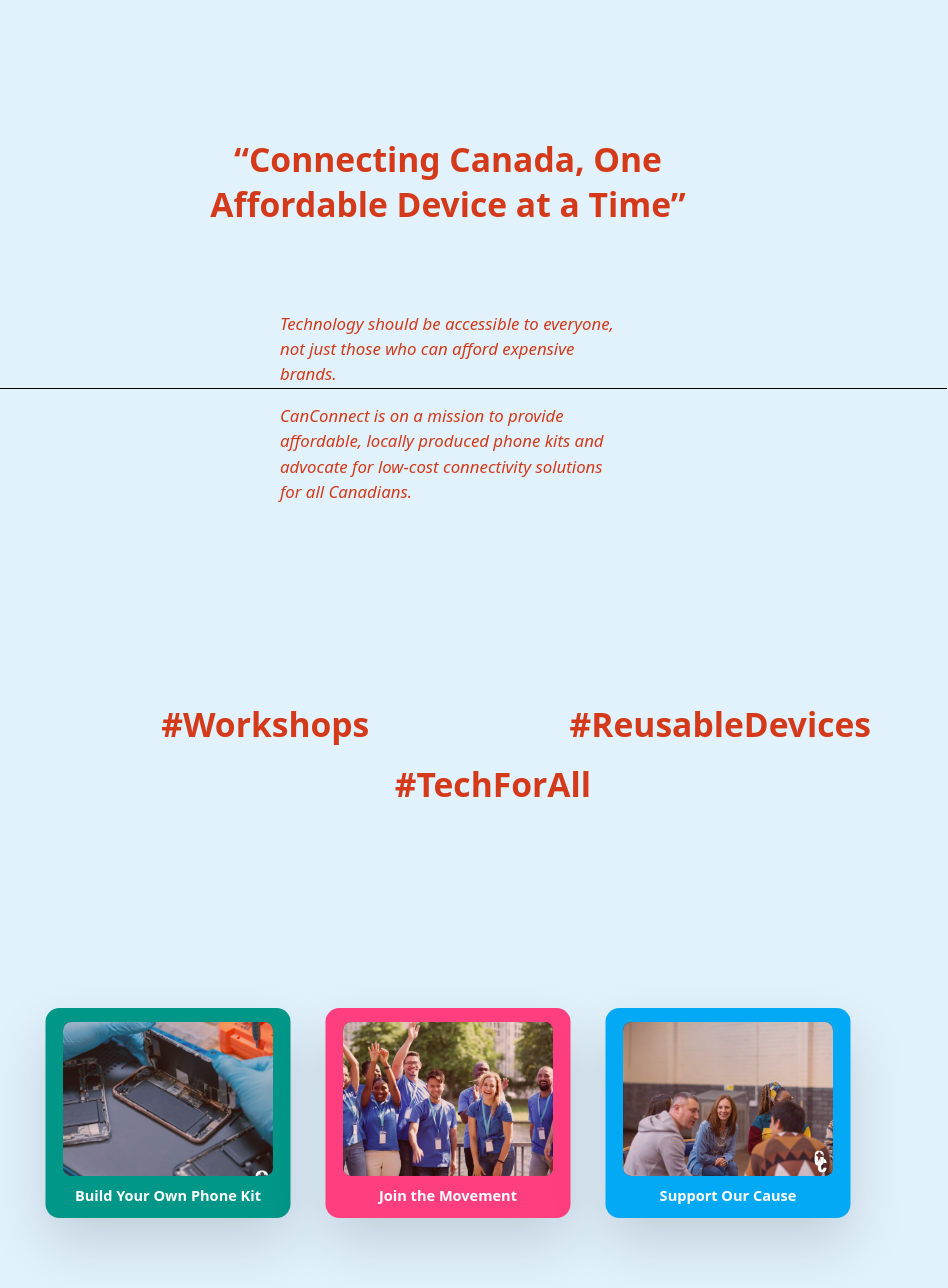
Repository: katelynyew/communityWebsite
Page: index.html
These files come from the project's save history. The page is drawn as it stood at one moment and after the next save; the edit follows.
The browser window is 1280 px wide. The page is 1354 px wide, so the pictures cover 1354 px, including what lies to the right of the window. The pictures show the part of the page from y = 2350 to 4190 px (the page is 4190 px tall before and 4105 px after), at 70% of full size.
Some web fonts or font styles are not loaded; a fallback is used. Some web libraries are served in a nearby version.

Above is the page before, as saved 2025-04-04 03:32:35.

After the next save:
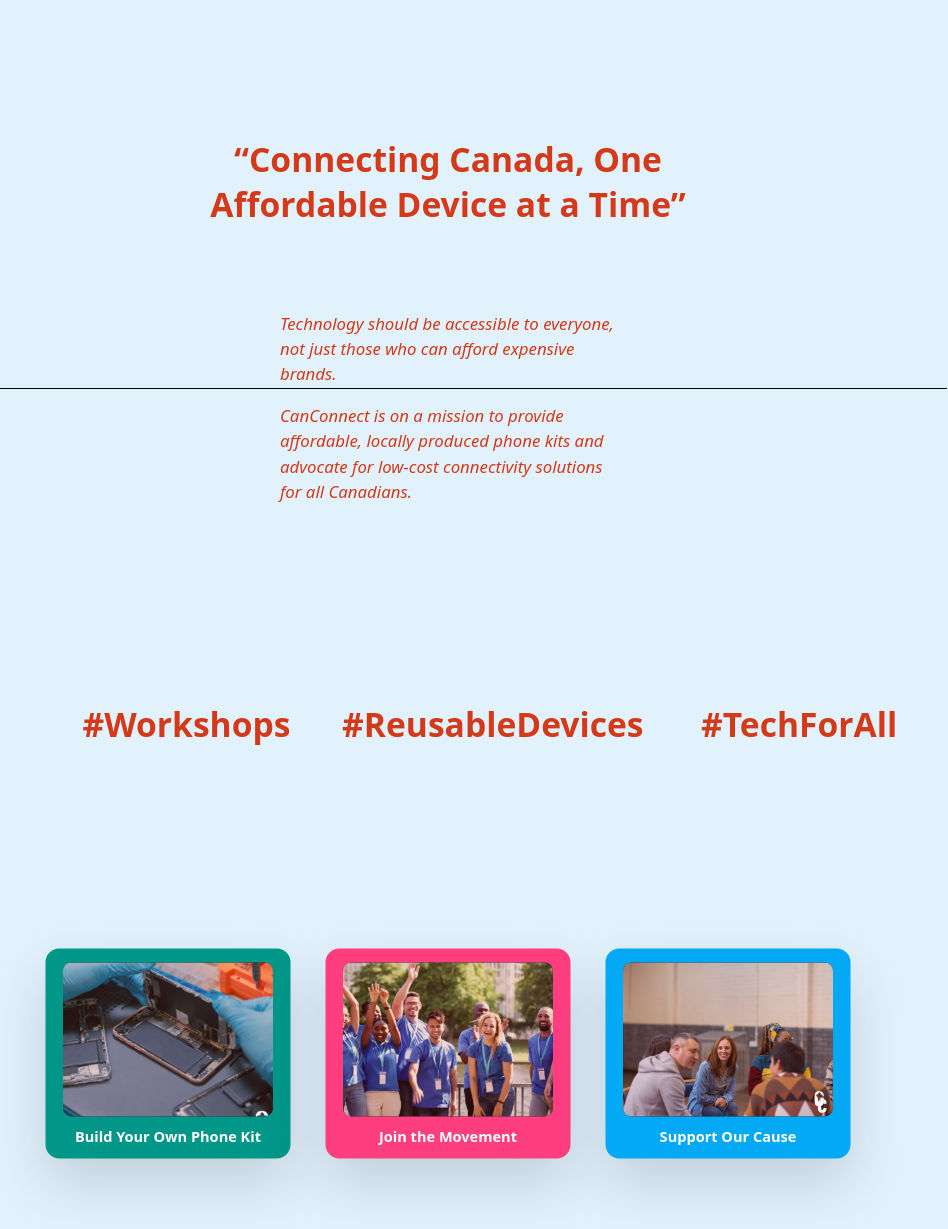
Saved 9 s later.
--- a/style.css
+++ b/style.css
@@ -231,7 +231,7 @@
 
 .row    .tags{
 
-    flex: 1 1 40%; /* Ensures the <p> elements take up at least 20% of the row, but can grow and shrink */
+    flex: 1 1 30%; /* Ensures the <p> elements take up at least 20% of the row, but can grow and shrink */
 
     text-align: center;
     font-size: 3rem;

After the save that followed:
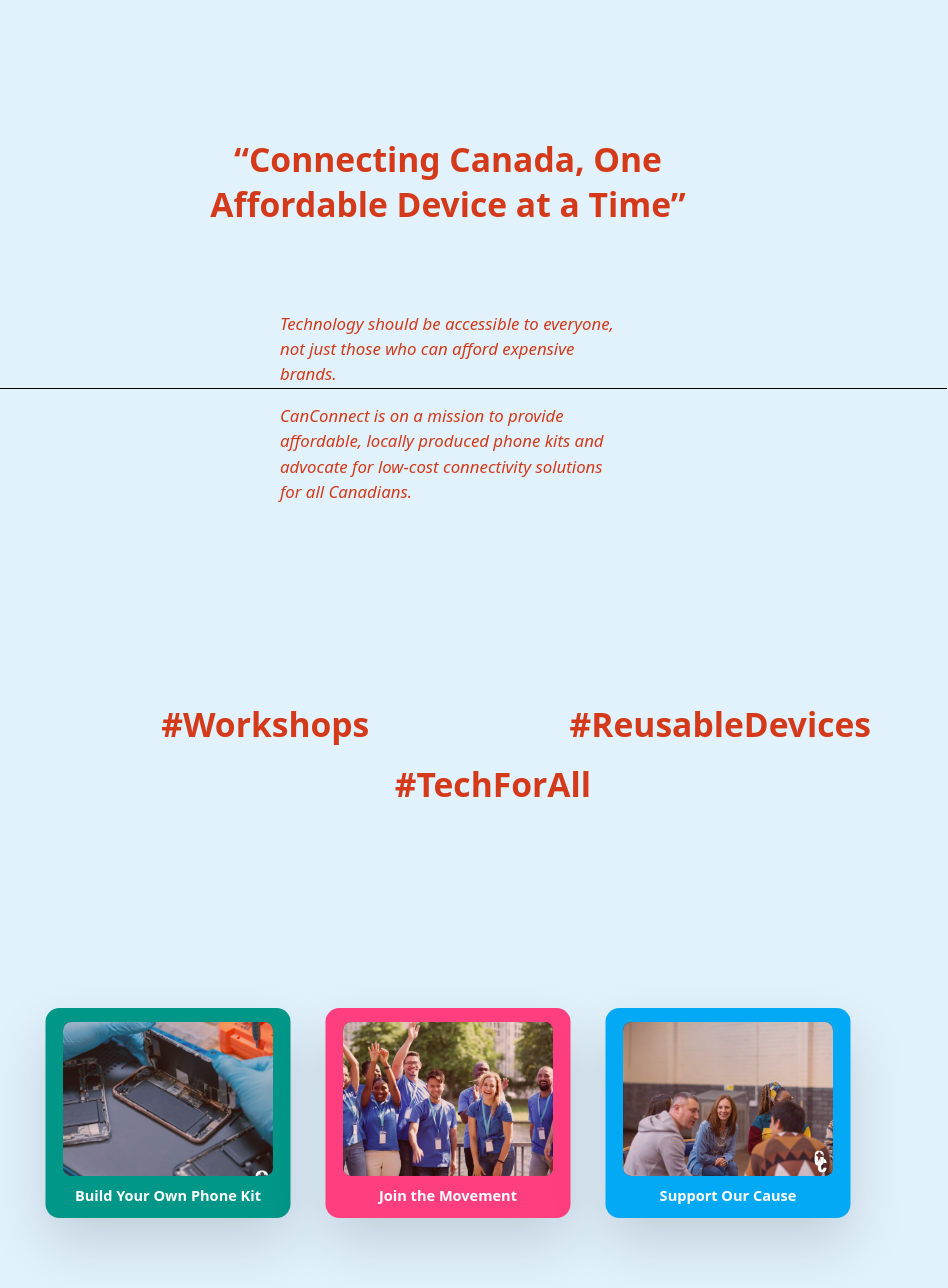
Saved 14 s later.
--- a/style.css
+++ b/style.css
@@ -231,7 +231,7 @@
 
 .row    .tags{
 
-    flex: 1 1 30%; /* Ensures the <p> elements take up at least 20% of the row, but can grow and shrink */
+    flex: 1 1 35%; /* Ensures the <p> elements take up at least 20% of the row, but can grow and shrink */
 
     text-align: center;
     font-size: 3rem;
